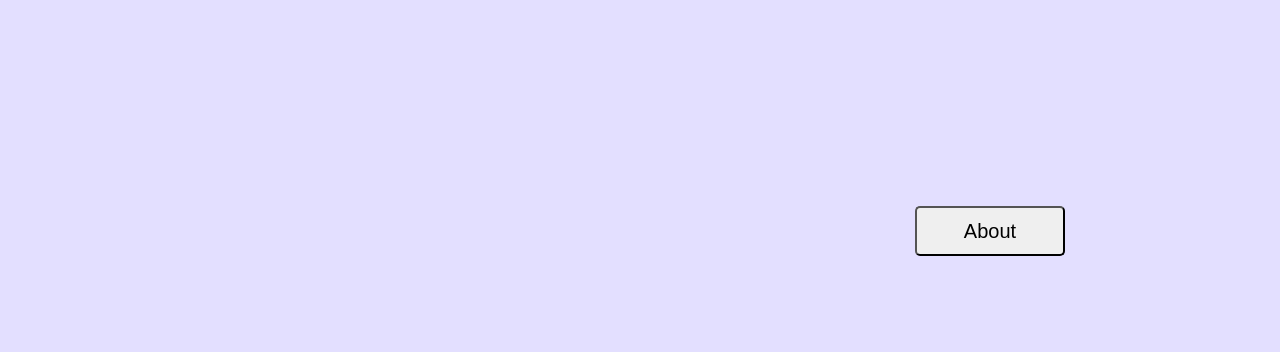
Repository: anikagrewal/week3example
Page: /
An editor plug-in stored every save of this project. The page is shown before and after the next save, followed by the edit.
The browser window is 1280 px wide. The pictures show the part of the page from y = 1207 to 2159 px (the page is 1559 px tall before and 2159 px after).
An inner scrolling area shows only its first screen. The project was rebuilt for these pictures with package versions that can differ from the ones it lists, and the page was loaded fresh each time. The framework's server and built-in components were replaced by stand-ins that run in the browser. Also part of the build but not shown: next.config.js.

Above is the page before, as saved 2023-01-23 02:05:00.

### pages/index.js
import Head from 'next/head'
import Image from 'next/image'
import { Inter } from '@next/font/google'
import styles from '@/styles/Home.module.css'
import data from '../data/education.json'
import { useState } from 'react'
import Card from '../components/Card'
import Link from 'next/link'

const inter = Inter({ subsets: ['latin'] })

console.log(data);
export default function Home() {

  const [information, setInformation] = useState([...data])

  return (
    <>
      <Head>
        <title>Create Next App</title>
        <meta name="description" content="Generated by create next app" />
        <meta name="viewport" content="width=device-width, initial-scale=1" />
        <link rel="icon" href="/favicon.ico" />
      </Head>
      <main className={styles.main}>

      <div className={styles.mainheader}>
        <h1>Find YOUR Mentor!</h1>

      </div>




        <div className={styles.grid}>
          <div className={styles.gridlayout}>


          <div className={styles.scroll}>
          <div>
        <h2 className={styles.busdeg}>Business Degrees: </h2>
          {information && information.map((info, index) => {
            if(info.department === "Business") {
              return (
                <Card key={index} degree={info.degree} colour="#946E83" font="20px"/>
              )
            }


          })}
          </div>

        <div>
          <h2 className={styles.compdeg}>Computing Degrees:</h2>
            {information && information.map((info, index) => {
            if(info.department.toLowerCase() === "computing") {
              return (
                <Card key={index} degree={info.degree} colour="#605770" font="15px"/>
              )
            }
          })}

          </div>

          </div>

          <Image
          className={styles.deskimage}
          width={1700}
          height={1030}
          src={'/vector/desk.png'}

         />

        </div>
        </div>
        <button className={styles.button}> <Link href="about">About</Link></button>



      </main>
    </>
  )
}

### styles/globals.css
:root {
  --max-width: 1100px;
  --border-radius: 12px;
  --font-mono: ui-monospace, Menlo, Monaco, 'Cascadia Mono', 'Segoe UI Mono',
    'Roboto Mono', 'Oxygen Mono', 'Ubuntu Monospace', 'Source Code Pro',
    'Fira Mono', 'Droid Sans Mono', 'Courier New', monospace;

  --foreground-rgb: #E3DFFF;
  --background-start-rgb: #E3DFFF;
  --background-end-rgb: #E3DFFF;
  --background-body-color: #E3DFFF;

  --primary-glow: conic-gradient(
    from 180deg at 50% 50%,
    #16abff33 0deg,
    #0885ff33 55deg,
    #54d6ff33 120deg,
    #0071ff33 160deg,
    transparent 360deg
  );
  --secondary-glow: radial-gradient(
    rgba(#E3DFFF, 1),
    rgba(#E3DFFF, 0)
  );

  --tile-start-rgb: 239, 245, 249;
  --tile-end-rgb: 228, 232, 233;
  --tile-border: conic-gradient(
    #00000080,
    #00000040,
    #00000030,
    #00000020,
    #00000010,
    #00000010,
    #00000080
  );

  --callout-rgb: #E3DFFF;
  --callout-border-rgb: 172, 175, 176;
  --card-rgb: 180, 185, 188;
  --card-border-rgb: 131, 134, 135;
}

@media (prefers-color-scheme: dark) {
  :root {
    --foreground-rgb: #E3DFFF;
    --background-start-rgb: 0, 0, 0;
    --background-end-rgb: 0, 0, 0;

    --primary-glow: radial-gradient(rgba(1, 65, 255, 0.4), rgba(1, 65, 255, 0));
    --secondary-glow: linear-gradient(
      to bottom right,
      rgba(1, 65, 255, 0),
      rgba(1, 65, 255, 0),
      rgba(1, 65, 255, 0.3)
    );

    --tile-start-rgb: 2, 13, 46;
    --tile-end-rgb: 2, 5, 19;
    --tile-border: conic-gradient(
      #ffffff80,
      #ffffff40,
      #ffffff30,
      #ffffff20,
      #ffffff10,
      #ffffff10,
      #ffffff80
    );

    --callout-rgb: 20, 20, 20;
    --callout-border-rgb: 108, 108, 108;
    --card-rgb: 100, 100, 100;
    --card-border-rgb: 200, 200, 200;
  }
}

* {
  box-sizing: border-box;
  padding: 0;
  margin: 0;
}

html,
body {
  max-width: 100vw;
  overflow-x: hidden;
}

body {
  color: rgb(var(--foreground-rgb));
  background: linear-gradient(
      to bottom,
      transparent,
      rgb(var(--background-end-rgb))
    )
    rgb(var(--background-start-rgb));
}

a {
  color: inherit;
  text-decoration: none;
}

@media (prefers-color-scheme: dark) {
  html {
    color-scheme: light;
  }
}

### styles/Home.module.css
.main {
  display: flex;
  flex-direction: column;
  justify-content: space-between;
  align-items: center;
  padding: 6rem;
  min-height: 100vh;
  background-color: var(--background-body-color);
}

.description {
  display: inherit;
  justify-content: inherit;
  align-items: inherit;
  font-size: 0.85rem;
  max-width: var(--max-width);
  width: 100%;
  z-index: 2;
  font-family: var(--font-mono);
}

.description a {
  display: flex;
  justify-content: center;
  align-items: center;
  gap: 0.5rem;
}

.description p {
  position: relative;
  margin: 0;
  padding: 1rem;
  background-color: rgba(var(--callout-rgb), 0.5);
  border: 1px solid rgba(var(--callout-border-rgb), 0.3);
  border-radius: var(--border-radius);
}

.code {
  font-weight: 700;
  font-family: var(--font-mono);
}

.grid {
  display: grid;
  grid-template-columns: (4, minmax(25%, auto));
  width: var(--max-width);
  max-width: 100%;
  justify-content: center;

}

.gridlayout {
  display: flex;
  flex-direction: column;
 gap: 70px;
}


.card {
  padding: 1rem 1.2rem;
  border-radius: var(--border-radius);
  background: rgba(var(--card-rgb), 0);
  border: 1px solid rgba(var(--card-border-rgb), 0);
  transition: background 200ms, border 200ms;
}

.card span {
  display: inline-block;
  transition: transform 200ms;
}

.card h2 {
  font-weight: 600;
  margin-bottom: 0.7rem;
}

.card p {
  margin: 0;
  opacity: 0.6;
  font-size: 0.9rem;
  line-height: 1.5;
  max-width: 30ch;
}



.busdeg {
  display: flex;
  justify-content: center;
}

.compdeg {
  display: flex;
  justify-content: center;
}

.button {
  width: 150px;
  height: 50px;
  border-radius: 5px;
  font-size: 20px;
  margin-left: 700px;
  margin-top: -600px;
  z-index: 2;
}

.deskimage {
  display: flex;
  justify-content: center;
  align-items: center;
  position: relative;
  z-index: 1;
  margin-left: 2.5%;
  margin-bottom: 50%;
}

.scroll {
  margin-top: 380px;
  margin-left: 655px;
  position: absolute;
  z-index: 4;
}

/* Conic Gradient Animation */
.thirteen::before {
  animation: 6s rotate linear infinite;
  width: 200%;
  height: 200%;
  background: var(--tile-border);
}

/* Inner Square */
.thirteen::after {
  inset: 0;
  padding: 1px;
  border-radius: var(--border-radius);
  background: linear-gradient(
    to bottom right,
    rgba(var(--tile-start-rgb), 1),
    rgba(var(--tile-end-rgb), 1)
  );
  background-clip: content-box;
}

/* Enable hover only on non-touch devices */
@media (hover: hover) and (pointer: fine) {
  .card:hover {
    background: rgba(var(--card-rgb), 0.1);
    border: 1px solid rgba(var(--card-border-rgb), 0.15);
  }

  .card:hover span {
    transform: translateX(4px);
  }
}

@media (prefers-reduced-motion) {
  .thirteen::before {
    animation: none;
  }

  .card:hover span {
    transform: none;
  }
}

/* Mobile */
@media (max-width: 700px) {
  .content {
    padding: 4rem;
  }

  .grid {
    grid-template-columns: 1fr;
    margin-bottom: 120px;
    max-width: 320px;
    text-align: center;
  }

  .card {
    padding: 1rem 2.5rem;
  }

  .card h2 {
    margin-bottom: 0.5rem;
  }

  .center {
    padding: 8rem 0 6rem;
  }

  .center::before {
    transform: none;
    height: 300px;
  }

  .description {
    font-size: 0.8rem;
  }

  .description a {
    padding: 1rem;
  }

  .description p,
  .description div {
    display: flex;
    justify-content: center;
    position: fixed;
    width: 100%;
  }

  .description p {
    align-items: center;
    inset: 0 0 auto;
    padding: 2rem 1rem 1.4rem;
    border-radius: 0;
    border: none;
    border-bottom: 1px solid rgba(var(--callout-border-rgb), 0.25);
    background: linear-gradient(
      to bottom,
      rgba(var(--background-start-rgb), 1),
      rgba(var(--callout-rgb), 0.5)
    );
    background-clip: padding-box;
    backdrop-filter: blur(24px);
  }

  .description div {
    align-items: flex-end;
    pointer-events: none;
    inset: auto 0 0;
    padding: 2rem;
    height: 200px;
    background: linear-gradient(
      to bottom,
      transparent 0%,
      rgb(var(--background-end-rgb)) 40%
    );
    z-index: 1;
  }
}

/* Tablet and Smaller Desktop */
@media (min-width: 701px) and (max-width: 1120px) {
  .grid {
    grid-template-columns: repeat(2, 50%);
  }
}

@media (prefers-color-scheme: dark) {
  .vercelLogo {
    filter: invert(1);
  }

  .logo,
  .thirteen img {
    filter: invert(1) drop-shadow(0 0 0.3rem #ffffff70);
  }
}

@keyframes rotate {
  from {
    transform: rotate(360deg);
  }
  to {
    transform: rotate(0deg);
  }
}

### data/education.json
[
        {
            "studentNumber": "A0004567",
            "firstName": "Person 1",
            "gpa": 3.8,
            "department": "Business",
            "degree": "Finance",
            "graduted": 2014
        },
        {
            "studentNumber": "A0001234",
            "firstName": "Person 2",
            "gpa": 3.5,
            "department": "Business",
            "degree": "Accounting",
            "graduted": 2010
        },
        {
            "studentNumber": "A0007890",
            "firstName": "Person 3",
            "gpa": 3.2,
            "department": "Computing",
            "degree": "Applied Software Development Certificate",
            "graduted": 2018
        },
        {
            "studentNumber": "A0007828",
            "firstName": "Person 4",
            "gpa": 3.9,
            "department": "Computing",
            "degree": "Computer Systems Diploma",
            "graduted": 2021
        },
        {
            "studentNumber": "A0003425",
            "firstName": "Person 5",
            "gpa": 3.2,
            "department": "Computing",
            "degree": "Applied Computer Information Systems Certificate",
            "graduted": 2021
        }
]

### components/Card/index.js
export default function Card({
    degree = "none",
    colour = "purple",
    font = "0",
    image = "icon/personTwo.png"
}) {
    return(
        <div style={{backgroundColor: colour, fontSize:font}}>
            {
                colour === "red" ? <img src={'icon/person.png'} width="50"/> :
                colour === "blue" ? <img src={'icon/personThree.png'} width="50"/>:
                                     <img src={image} width="50"/>
            }
            {degree}
        </div>
    )
}

Loaded but not shown: pages/_app.js (common file); pages/_document.js (common file)

After the next save:
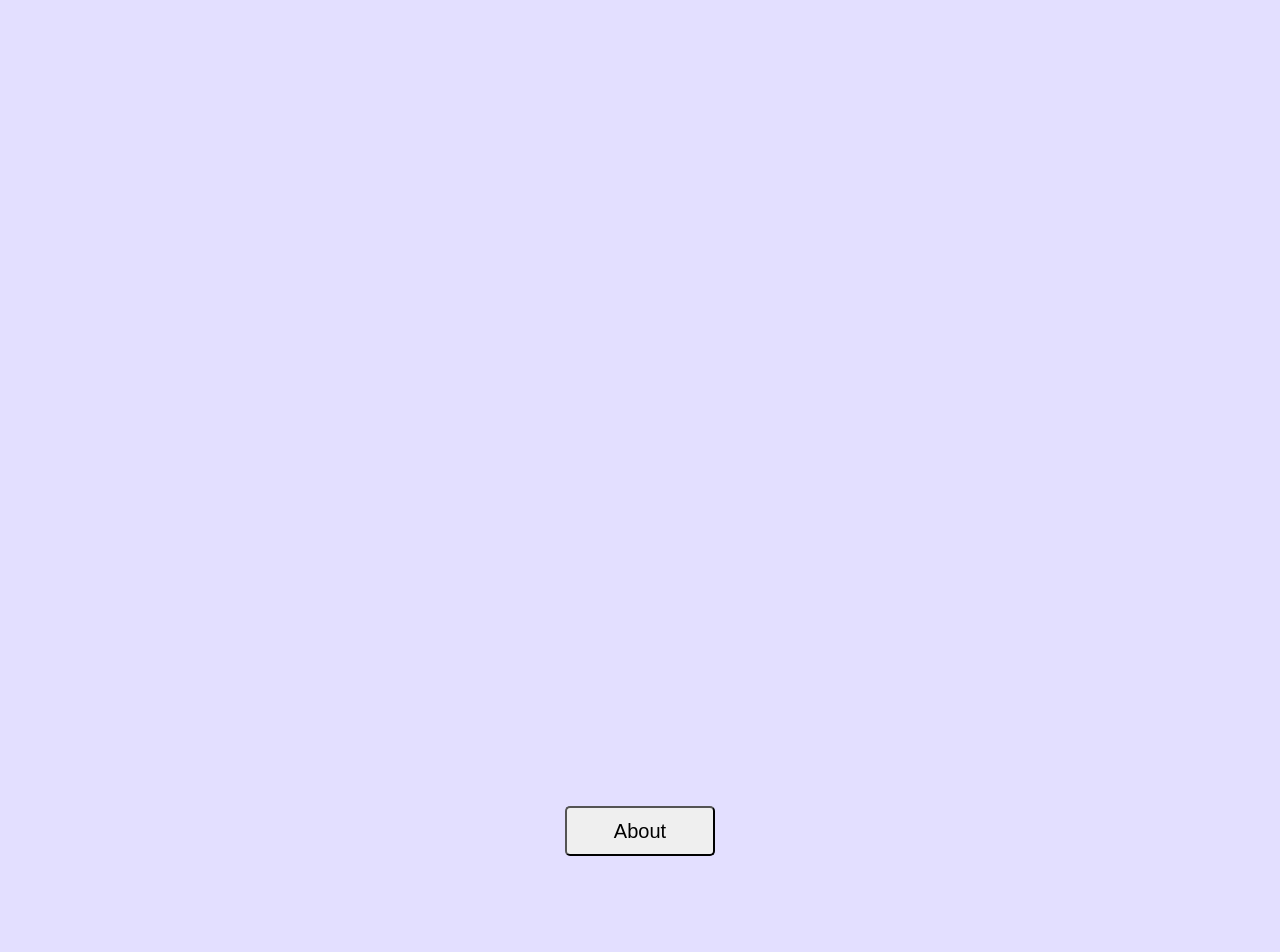
Saved 18 s later.
--- a/styles/Home.module.css
+++ b/styles/Home.module.css
@@ -99,8 +99,7 @@
   height: 50px;
   border-radius: 5px;
   font-size: 20px;
-  margin-left: 700px;
-  margin-top: -600px;
+
   z-index: 2;
 }
 
